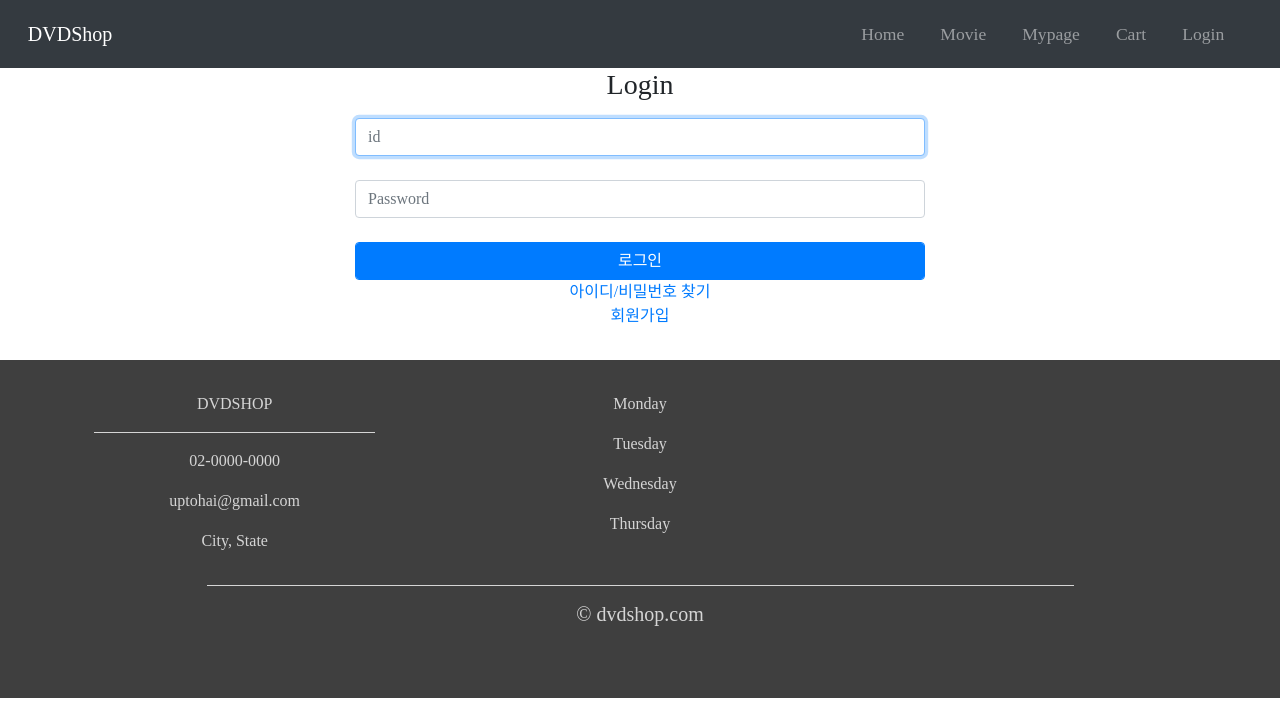
Repository: afterup/dvdshop
Page: http://localhost/shop_project/view/user/login_fail.jsp
These files come from the project's save history. The page is drawn as it stood at one moment and after the next save; the edit follows.
The browser window is 1280 px wide. The pictures show the whole page.
The page is served by Tomcat 9.

Above is the page before, as saved 2019-08-14 10:37:47.

After the next save:
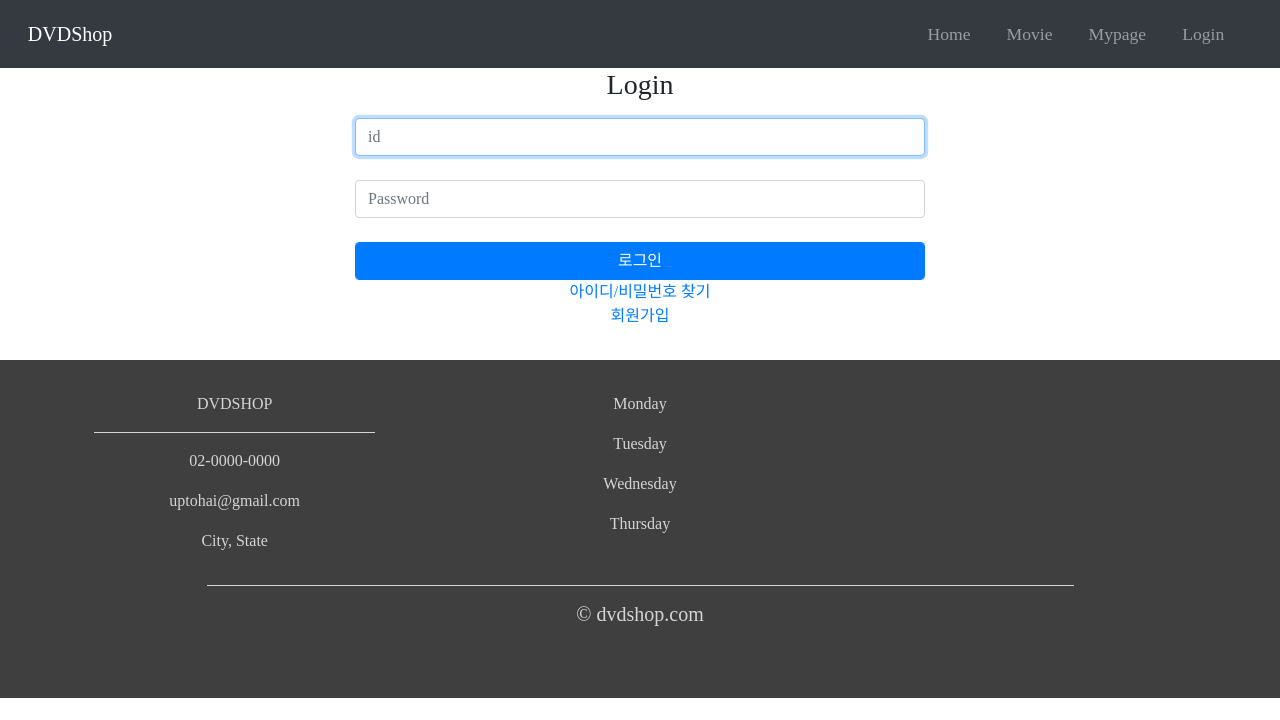
Saved 32 min 28 s later.
--- a/shop_project/WebContent/view/common/header.jsp
+++ b/shop_project/WebContent/view/common/header.jsp
@@ -20,7 +20,6 @@
                     <li class="nav-item"><a class="nav-link" href="movie">Home</a></li>
                     <li class="nav-item"><a class="nav-link" href="movie?action=moviePage">Movie</a></li>
                     <li class="nav-item"><a class="nav-link" href="movie?action=mypage">Mypage</a></li>
-                    <li class="nav-item"><a class="nav-link" href="movie?action=cart">Cart</a></li>
 
                    <%
                    	String id = (String)request.getSession().getAttribute("id");
